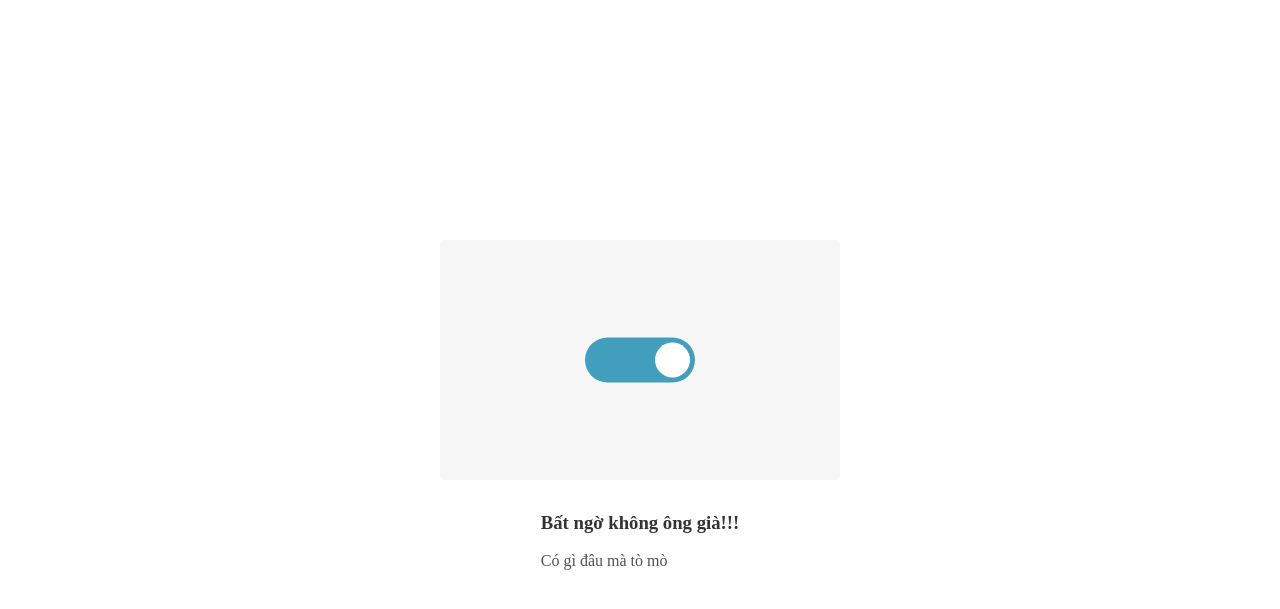
Repository: haokiet2501/troll-my-react
Page: /, after clicking the first element matching `div.toggle-center`
The author's editor kept a copy of each file at every save. The page is drawn from the files as they stood at one save, then again after the next save.
The browser window is 1280 px wide. The pictures show the whole page.
The project was rebuilt for these pictures with package versions that can differ from the ones it lists, and the page was loaded fresh each time.

Above is the page before, as saved 2022-07-30 23:12:30.

### src/index.css
.toggle-center {
  position: absolute;
  top: 50%;
  left: 50%;
  transform: translate(-50%, -50%);
  width: 25rem;
  height: 15rem;
  border-radius: 0.25rem;
  background-color: #f8f7f7;
}

.toggle-center:hover {
  box-shadow: 0 4px 8px rgba(0, 0, 0, 0.25);
}

.toggle {
  position: absolute;
  top: 50%;
  left: 50%;
  transform: translate(-50%, -50%);
}

.todo-center {
  position: absolute;
  top: 75%;
  left: 50%;
  transform: translate(-50%, -50%);
  z-index: 999;
}

.toggle-control {
  position: absolute;
  top: 75%;
  left: 50%;
  transform: translate(-50%, -50%);
  display: flex;
  text-transform: uppercase;
}

.toggle {
  width: 100px;
  height: 35px;
  background-color: #ccc;
  padding: 5px;
  border-radius: 100rem;
  cursor: pointer;
}

.toggle.active {
  background-color: #429EBD;
}

.spinner {
  position: absolute;
  width: 35px;
  height: 35px;
  left: 0;
  margin-left: 5px;
  border-radius: 50%;
  background-color: #fff;
  transition: 0.3s linear;
}

.spinner.active {
  transform: translateX(65px);
  transition: 0.3s linear;
}

.toggle-on {
  margin-right: 0.5rem;
}

h3 {
  color: #333;
}

p {
  color: rgb(82, 81, 81);
}

### src/App.js
import Toggle from "./components/Toggle";

function App() {
  return (
    <>
      <Toggle />
    </>
  );
}

export default App;

### src/components/Toggle.jsx
import { useState } from "react"
import Todo from "./Todo";

const Toggle = () => {
    const [on, setOn] = useState(false);

    const handleClick = () => {
        setOn((on) => !on);
    }

    return (
        <>
            {on && <Todo />}
            <div className="toggle-center" onClick={handleClick}>
                <div className={`toggle ${on ? 'active' : ''}`}>
                    <div className={`spinner ${on ? 'active' : ''}`}></div>
                </div>
            </div>
        </>
    )
}

export default Toggle

### src/components/Todo.jsx
import React from 'react'

const Todo = () => {
    return (
        <div className='todo-center'>
            <h3>Bất ngờ không ông già!!!</h3>
            <p>Có gì đâu mà tò mò</p>
        </div>
    )
}

export default Todo

Loaded but not shown: public/index.html (common file); src/index.js (common file); src/reportWebVitals.js (common file)

After the next save:
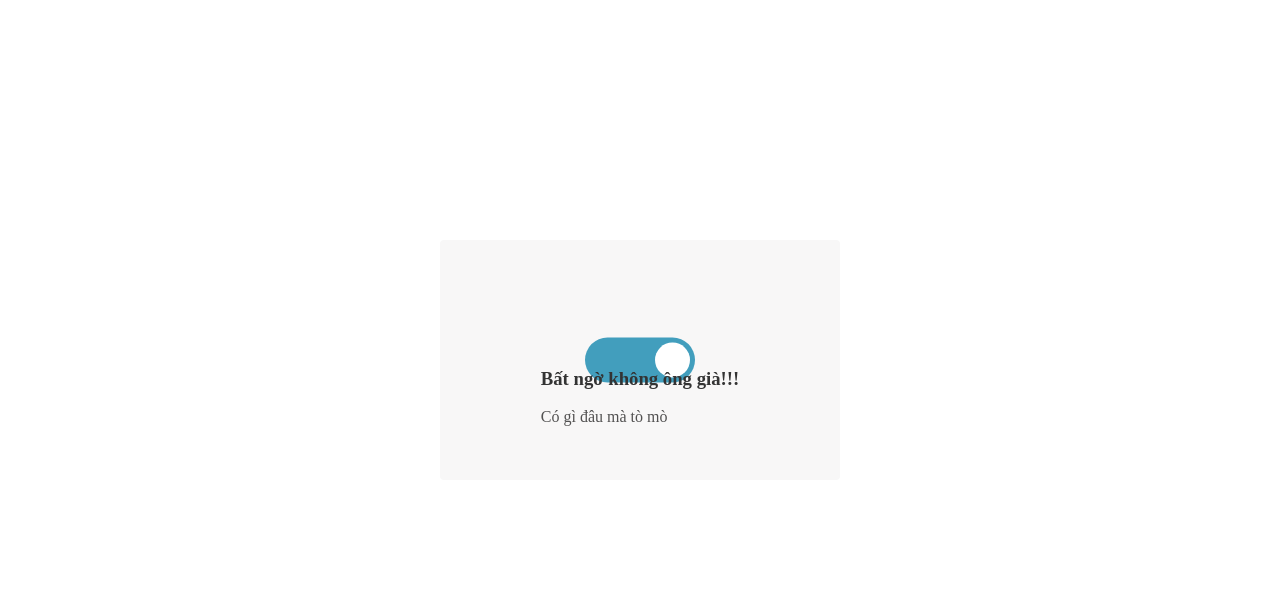
Saved 4 s later.
--- a/src/index.css
+++ b/src/index.css
@@ -22,7 +22,7 @@
 
 .todo-center {
   position: absolute;
-  top: 75%;
+  top: 55%;
   left: 50%;
   transform: translate(-50%, -50%);
   z-index: 999;
